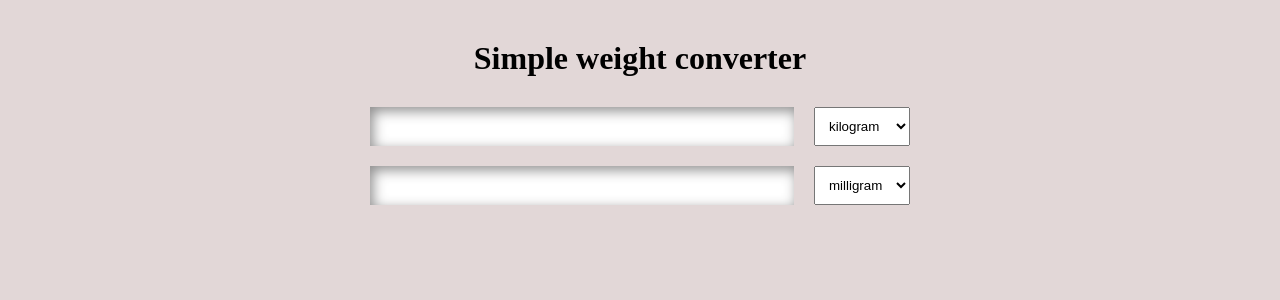
Repository: Eugene44-hub/weight-converter
Page: index.html
An editor plug-in stored every save of this project. The page is shown before and after the next save, followed by the edit.
The browser window is 1280 px wide. The pictures show the whole page.

Above is the page before, as saved 2021-09-20 05:16:57.

After the next save:
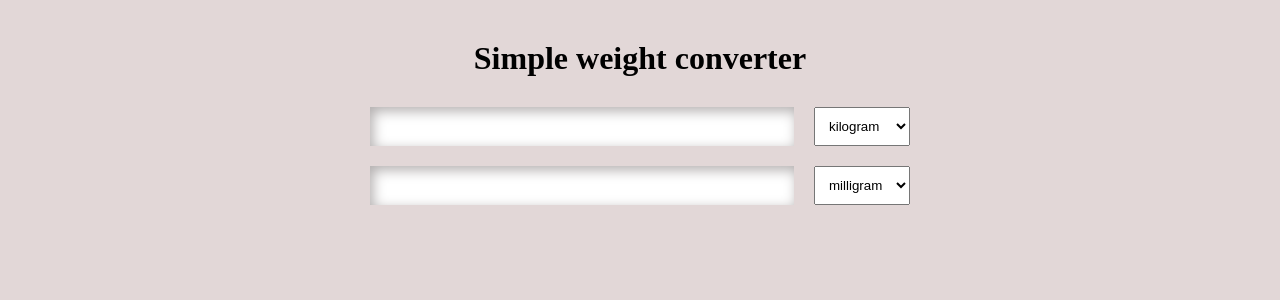
Saved 6 s later.
--- a/style.css
+++ b/style.css
@@ -13,7 +13,7 @@ input {
     flex: 50%;
     outline: none;
     border: none;
-    box-shadow: inset 3px 4px 13px rgb(141, 140, 140);
+    box-shadow: inset 3px 4px 13px rgb(177, 173, 173);
 }
 
 h1 {
